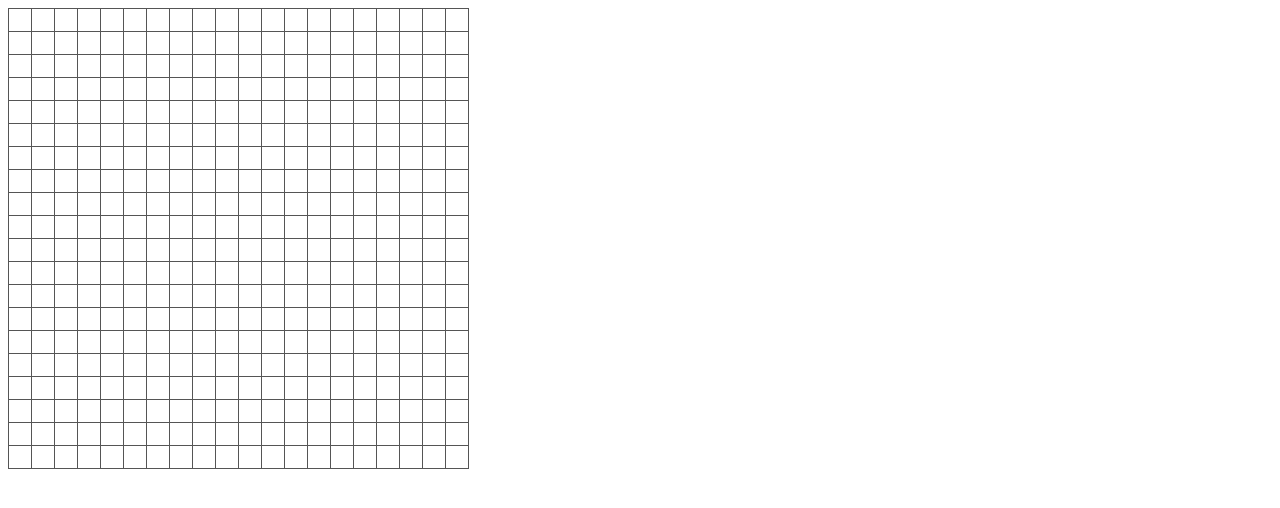
Repository: ycsheng/Games
Page: 01_snake/index.html
The author's editor kept a copy of each file at every save. The page is drawn from the files as they stood at one save, then again after the next save.
The browser window is 1280 px wide. The pictures show the whole page.

Above is the page before, as saved 2021-09-18 10:51:07.
Console error: TypeError: Game.setColor is not a function

After the next save:
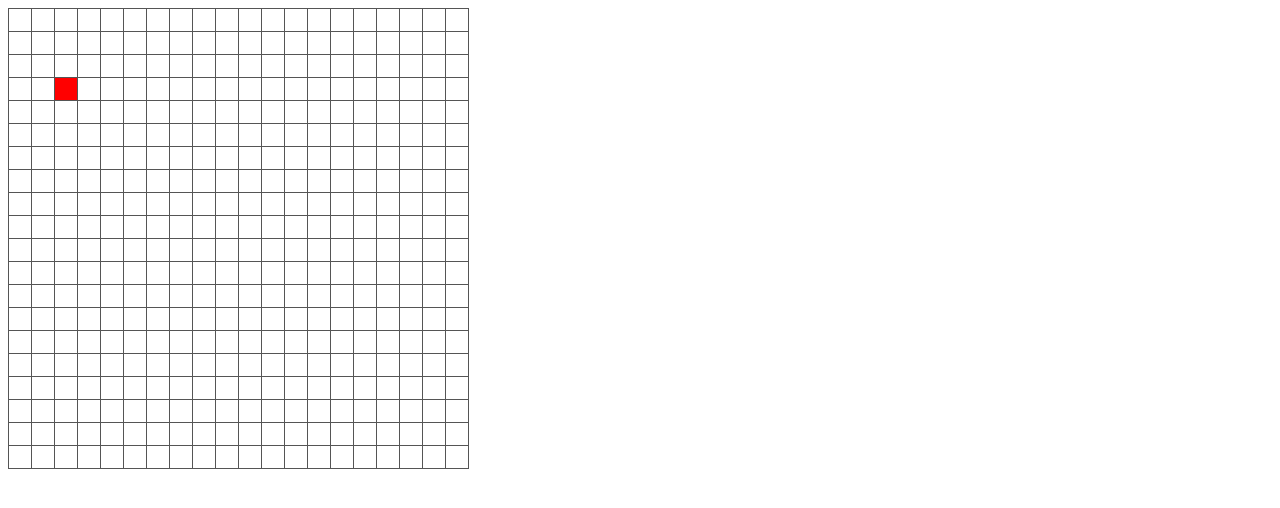
The error is gone.
Saved 42 s later.
--- a/01_snake/js/Snake.js
+++ b/01_snake/js/Snake.js
@@ -10,5 +10,5 @@ function Snake() {
 
 Snake.prototype.render = function() {
   // 蛇的渲染
-  Game.setColor(this.body[0].row, this.body[0].col, "red")
+  game.setColor(this.body[0].row, this.body[0].col, "red")
 }
